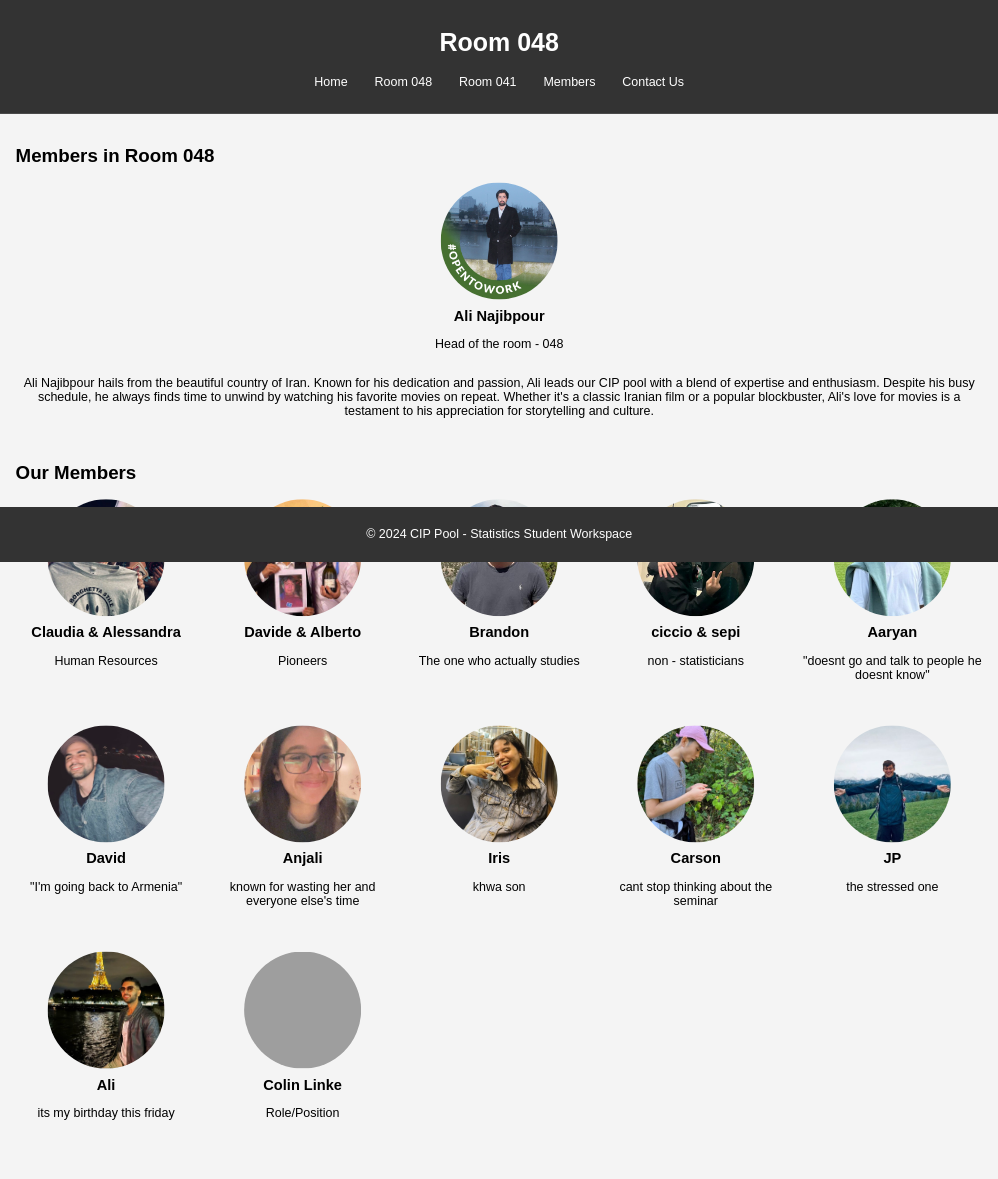
Repository: anjalisarawgi/cip_website
Page: room_048.html
The author's editor kept a copy of each file at every save. The page is drawn from the files as they stood at one save, then again after the next save.
The browser window is 1280 px wide. The pictures show the whole page, at 78% of full size.
Pictures or frames that could not be fetched are drawn as grey boxes.

Above is the page before, as saved 2024-06-14 14:43:03.

### room_048.html
<!DOCTYPE html>
<html lang="en">
<head>
    <meta charset="UTF-8">
    <meta name="viewport" content="width=device-width, initial-scale=1.0">
    <title>Room 048 - CIP Pool</title>
    <link rel="stylesheet" href="styles.css">
</head>
<body>
    <header>
        <h1>Room 048</h1>
        <nav>
            <ul>
                <li><a href="index.html">Home</a></li>
                <li><a href="room_048.html">Room 048</a></li>
                <li><a href="room_041.html">Room 041</a></li>
                <li><a href="members.html">Members</a></li>
                <li><a href="contact.html">Contact Us</a></li>
            </ul>
        </nav>
    </header>
    <main>
        <section>
            <h2>Members in Room 048</h2>
            <div class="members-grid">
                <div class="member">
                    <img src="images/ali.jpeg" alt="Ali Najibpour" class="member-photo">
                    <div class="member-info">
                        <h3>Ali Najibpour</h3>
                        <p>Head of the room - 048</p>
                        <p>Ali Najibpour hails from the beautiful country of Iran. Known for his dedication and passion, Ali leads our CIP pool with a blend of expertise and enthusiasm. Despite his busy schedule, he always finds time to unwind by watching his favorite movies on repeat. Whether it's a classic Iranian film or a popular blockbuster, Ali's love for movies is a testament to his appreciation for storytelling and culture.</p>
                    </div>
                </div>
            </div>
        </section>
        <section>
            <h2>Our Members</h2>
            <div class="members-grid">
                <div class="member">
                    <img src="images/claudia_alessandra.jpeg" alt="Claudia & Alessandra" class="member-photo">
                    <div class="member-info">
                        <h3>Claudia & Alessandra</h3>
                        <p>Human Resources</p>
                    </div>
                </div>
                <div class="member">
                    <img src="images/davide_alberto.jpeg" alt="Davide & Alberto" class="member-photo">
                    <div class="member-info">
                        <h3>Davide & Alberto</h3>
                        <p>Pioneers</p>
                    </div>
                </div>
                <div class="member">
                    <img src="images/brandon.jpeg" alt="Brandon" class="member-photo">
                    <div class="member-info">
                        <h3>Brandon</h3>
                        <p>The one who actually studies</p>
                    </div>
                </div>
                <div class="member">
                    <img src="images/francesco_giuseppe.jpeg" alt="Francesco & Giuseppe" class="member-photo">
                    <div class="member-info">
                        <h3>ciccio & sepi</h3>
                        <!-- <p><em>ciccio & sepi</em></p> -->
                        <p>non - statisticians </p>
                    </div>
                </div>
                <div class="member">
                    <img src="images/aaryan.jpg" alt="aaryan" class="member-photo">
                    <div class="member-info">
                        <h3>Aaryan</h3>
                        <p>"doesnt go and talk to people he doesnt know"</p>
                    </div>
                </div>
                <div class="member">
                    <img src="images/david.jpg" alt="david" class="member-photo">
                    <div class="member-info">
                        <h3>David</h3>
                        <p>"I'm going back to Armenia"</p>
                    </div>
                </div>
                <div class="member">
                    <img src="images/anjali.jpeg" alt="anjali" class="member-photo">
                    <div class="member-info">
                        <h3>Anjali</h3>
                        <p>known for wasting her and everyone else's time</p>
                    </div>
                </div>
                <div class="member">
                    <img src="images/iris.jpg" alt="iris" class="member-photo">
                    <div class="member-info">
                        <h3>Iris</h3>
                        <p>khwa son</p>
                    </div>
                </div>
                <div class="member">
                    <img src="images/carson.jpg" alt="carson" class="member-photo">
                    <div class="member-info">
                        <h3>Carson</h3>
                        <p>cant stop thinking about the seminar</p>
                    </div>
                </div>
                <div class="member">
                    <img src="images/jp.jpg" alt="jp" class="member-photo">
                    <div class="member-info">
                        <h3>JP</h3>
                        <p>the stressed one</p>
                    </div>
                </div>
                <div class="member">
                    <img src="images/ali_parker.jpg" alt="anjali" class="member-photo">
                    <div class="member-info">
                        <h3>Ali</h3>
                        <p>its my birthday this friday</p>
                    </div>
                </div>
                <div class="member">
                    <img src="images/member5.jpeg" alt="Member 5" class="member-photo">
                    <div class="member-info">
                        <h3>Colin Linke</h3>
                        <p>Role/Position</p>
                    </div>
                </div>
            </div>
        </section>
    </main>
    <footer>
        <p>&copy; 2024 CIP Pool - Statistics Student Workspace</p>
    </footer>
</body>
</html>

### styles.css
body {
    font-family: Arial, sans-serif;
    margin: 0;
    padding: 0;
    background-color: #f4f4f4;
}

header {
    background-color: #333;
    color: white;
    padding: 1em 0;
    text-align: center;
}

nav ul {
    list-style-type: none;
    padding: 0;
}

nav ul li {
    display: inline;
    margin: 0 15px;
}

nav ul li a {
    color: white;
    text-decoration: none;
}

main {
    padding: 20px;
}

footer {
    background-color: #333;
    color: white;
    text-align: center;
    padding: 10px 0;
    position: fixed;
    bottom: 0;
    width: 100%;
}

section {
    margin-bottom: 20px;
}

.member {
    display: flex;
    align-items: center;
    margin-bottom: 20px;
}

.member-photo {
    border-radius: 50%;
    width: 150px;
    height: 150px;
    object-fit: cover;
    margin-bottom: 10px;
}


.member-info {
    display: flex;
    flex-direction: column;
}

.member-info h3 {
    margin: 0;
}

.members-grid {
    display: grid;
    grid-template-columns: repeat(auto-fit, minmax(200px, 1fr));
    gap: 20px;
}

.members-grid .member {
    flex-direction: column;
    align-items: center;
    text-align: center;
}

.members-grid .member-photo {
    width: 150px;
    height: 150px;
    margin-bottom: 10px;
}

.members-grid .member-info {
    align-items: center;
}

After the next save:
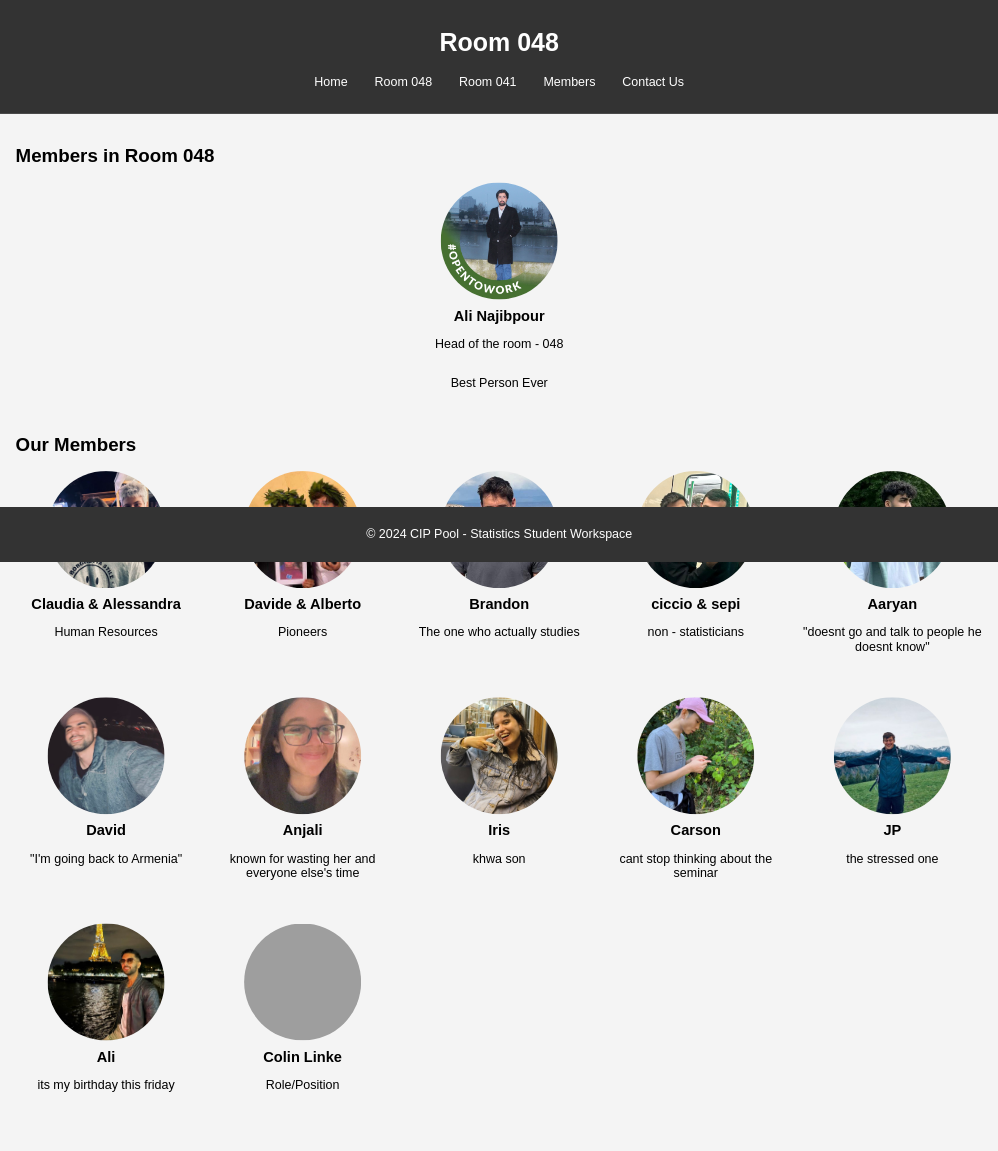
Saved 69 s later.
--- a/room_048.html
+++ b/room_048.html
@@ -28,7 +28,8 @@
                     <div class="member-info">
                         <h3>Ali Najibpour</h3>
                         <p>Head of the room - 048</p>
-                        <p>Ali Najibpour hails from the beautiful country of Iran. Known for his dedication and passion, Ali leads our CIP pool with a blend of expertise and enthusiasm. Despite his busy schedule, he always finds time to unwind by watching his favorite movies on repeat. Whether it's a classic Iranian film or a popular blockbuster, Ali's love for movies is a testament to his appreciation for storytelling and culture.</p>
+                        <p>Best Person Ever</p>
+                        <!-- <p>Ali Najibpour hails from the beautiful country of Iran. Known for his dedication and passion, Ali leads our CIP pool with a blend of expertise and enthusiasm. Despite his busy schedule, he always finds time to unwind by watching his favorite movies on repeat. Whether it's a classic Iranian film or a popular blockbuster, Ali's love for movies is a testament to his appreciation for storytelling and culture.</p> -->
                     </div>
                 </div>
             </div>
